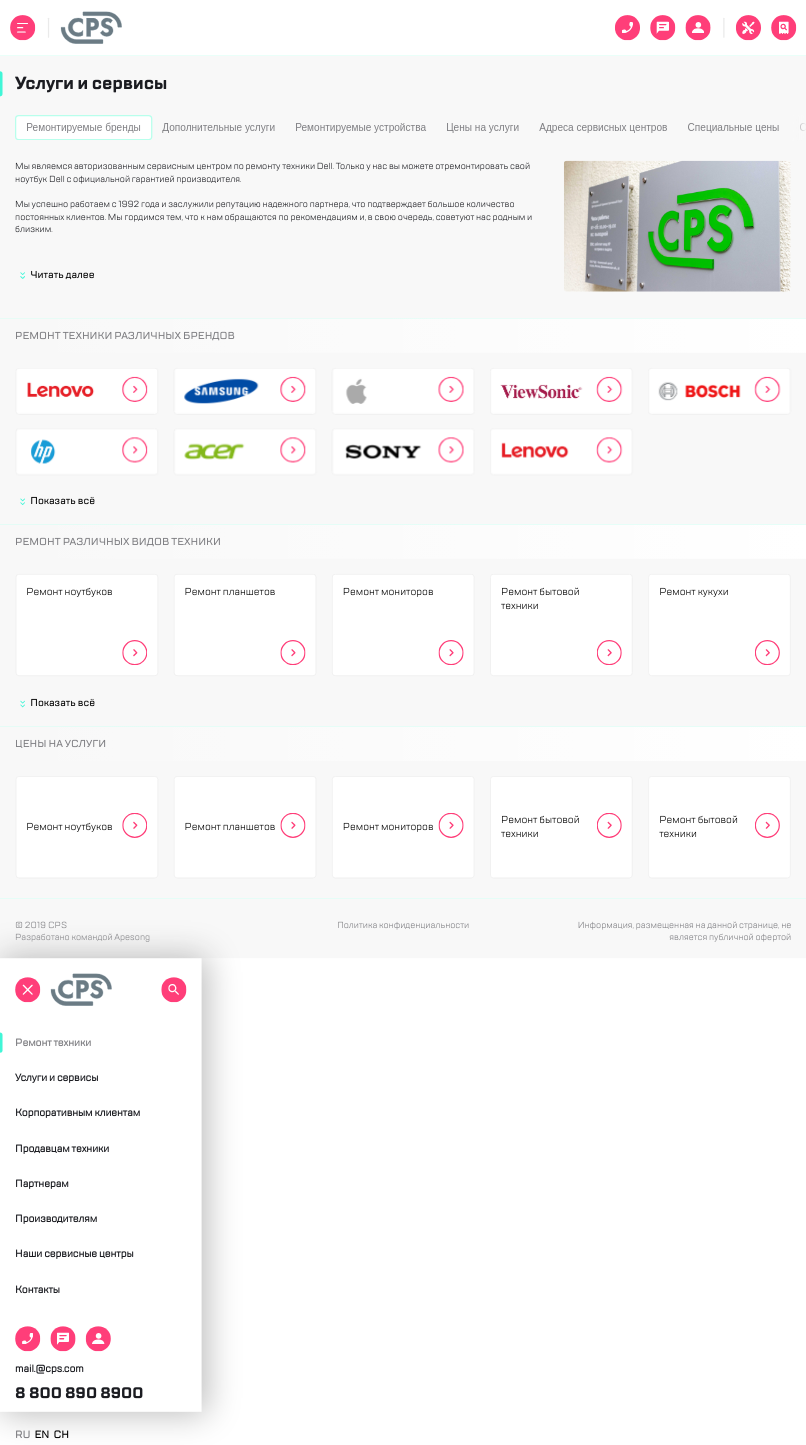
Repository: Dedoxa/WebCoreF
Page: /
These files come from the project's save history. The page is drawn as it stood at one moment and after the next save; the edit follows.
The browser window is 1280 px wide. The pictures show the whole page, at 63% of full size.
The project was rebuilt for these pictures with package versions that can differ from the ones it lists, and the page was loaded fresh each time. Also part of the build but not shown: webpack.config.js.

Above is the page before, as saved 2024-06-15 18:12:22.

After the next save:
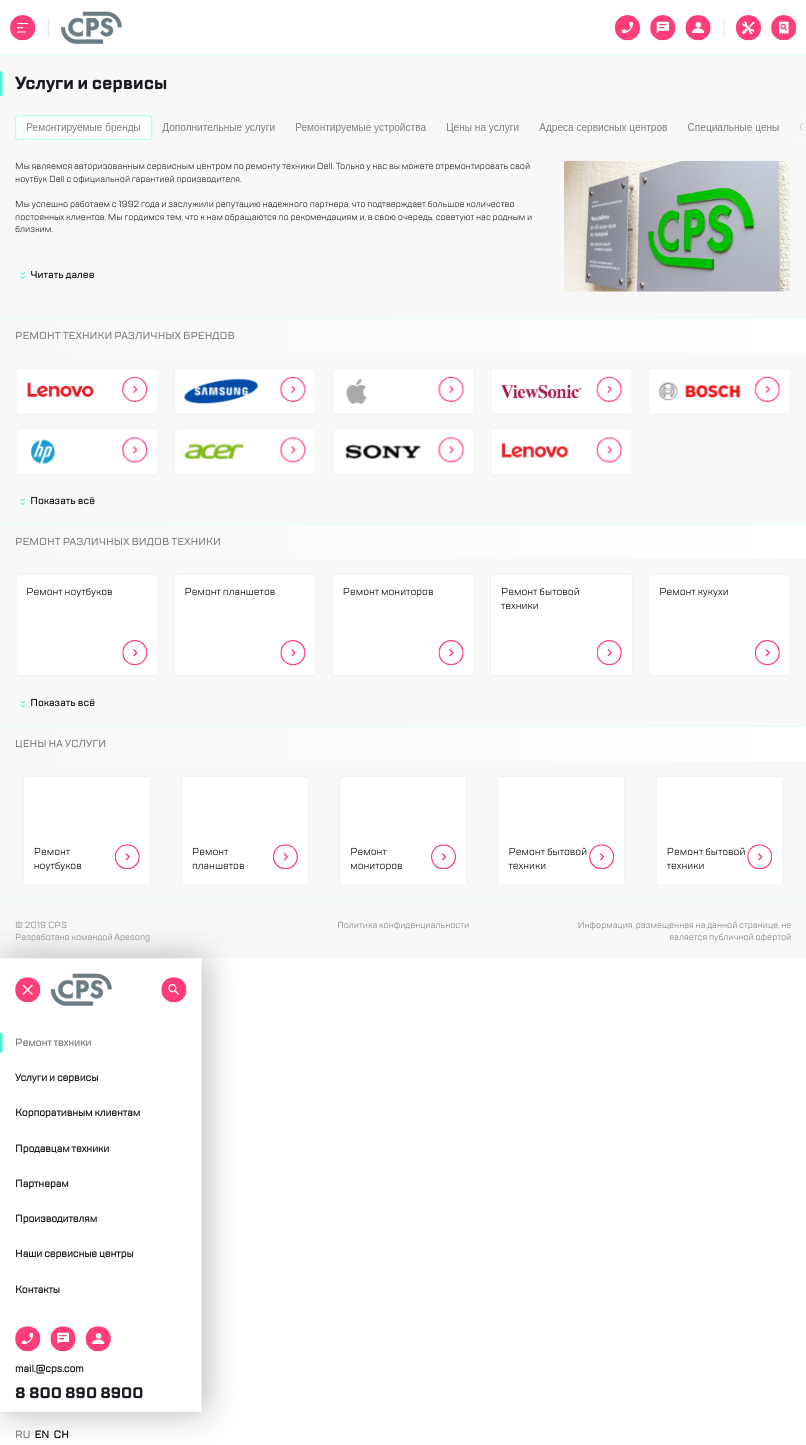
Saved 89 s later.
--- a/src/scss/plates.scss
+++ b/src/scss/plates.scss
@@ -183,7 +183,8 @@
   }
 
   .plates__table-plate {
-    height: 160px;
+    height: 260px;
+    width: 200px;
   }
 
   .plates__logo {
